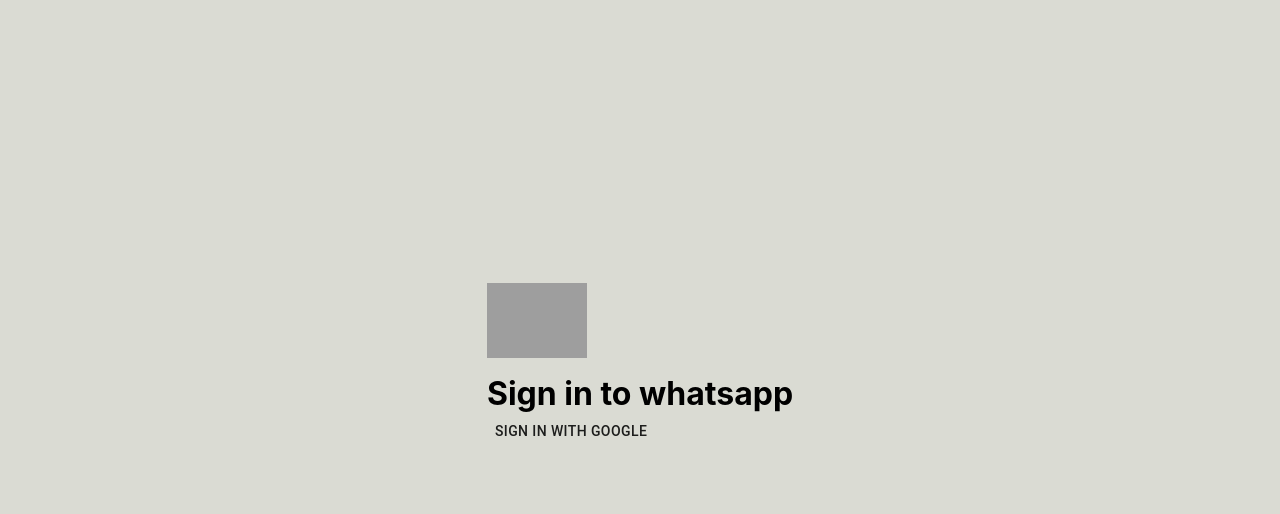
Repository: Prafullkuma/whatsappclon
Page: /
These files come from the project's save history. The page is drawn as it stood at one moment and after the next save; the edit follows.
The browser window is 1280 px wide. The pictures show the whole page.
Pictures or frames that could not be fetched are drawn as grey boxes. The project was rebuilt for these pictures with package versions that can differ from the ones it lists, and the page was loaded fresh each time. Also part of the build but not shown: src/Component/Sidebar.css, src/Component/Chat/sidebarChat.css, src/firebase.js, src/Component/Chat/SidebarChat.js, src/Component/Sidebar.js, src/Component/mainChat.css, src/Component/MainChat.js.

Above is the page before, as saved 2020-08-20 13:41:31.

### src/App.js
import React, { useState } from 'react';
import './App.css';
import Sidebar from './Component/Sidebar'
import Chat from './Component/MainChat'
import { BrowserRouter as Router, Switch, Route, useParams } from 'react-router-dom';
import Login from './Component/Auth/Login'
function App() {
  const [user, setUser] = useState('')
  return (
    <div className="app">
      {!user ? <Login /> :
        <div className="app__body">
          <Router>
            <Switch>
              <Sidebar />
              <Route path="/rooms/:roomid">
                <Chat />
              </Route>
              <Route path="/">
                <h1>Home Screen</h1>
              </Route>
            </Switch>

          </Router>

        </div>
      }

    </div>
  );
}

export default App;

### src/App.css
.app{
  background-color: #dadbd3;
  height: 100vh;
  display: grid;
  place-items: center;
}
.app__body{
  display: flex;
  height: 90vh;
  width: 90vw;
  background-color: #ededed;
  box-shadow: -1px 4px 20px -6px rgba(0, 0, 0, 0.3);
}

### src/Component/Auth/Login.js
import React from 'react'
import './login.css'
import { Button } from '@material-ui/core'
function Login() {
    const singIn = () => {
        console.log("Datata")
    }
    return (
        <div className="login">
            <div className="login_container">
                <img src="https://i.pinimg.com/originals/f7/5d/94/f75d94874d855a7fcfcc922d89ac5e80.png"
                    alt="Whats App" />
                <div className="Login_text">
                    <h1>Sign in to whatsapp</h1>
                </div>
                <Button type="submit" onClick={singIn}>
                    Sign in with Google
                </Button>
            </div>
        </div>
    )
}

export default Login

### src/Component/Auth/login.css
.login_container>img{
    height: 100px;
    width: 100px;

    object-fit: contain;
}

Loaded but not shown: public/index.html (common file); src/index.js (common file); src/index.css (common file)

After the next save:
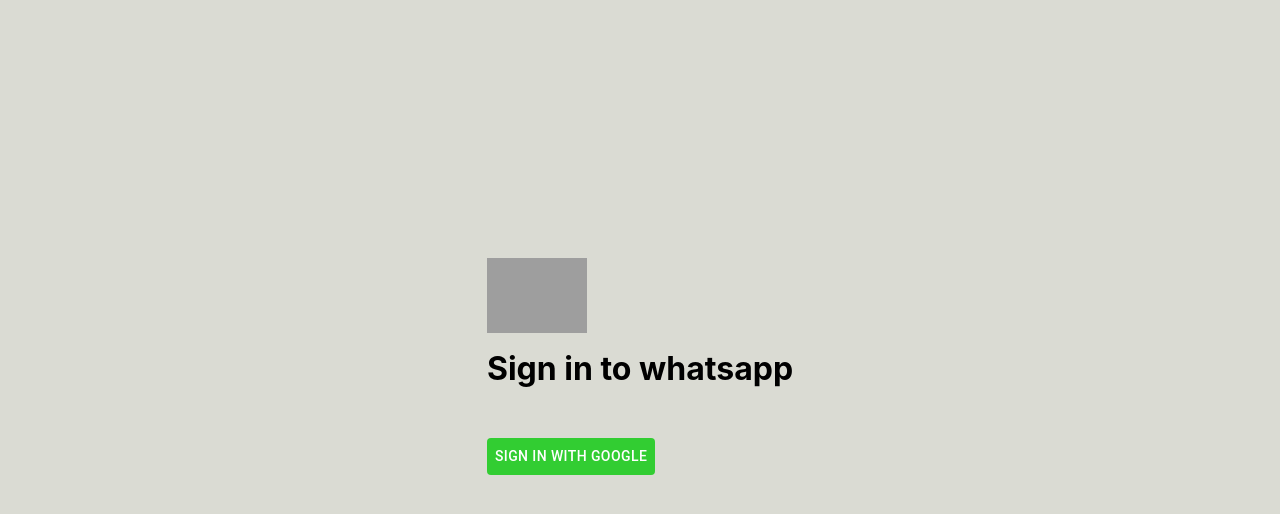
Saved 2 min 21 s later.
--- a/src/Component/Auth/login.css
+++ b/src/Component/Auth/login.css
@@ -4,3 +4,9 @@
 
     object-fit: contain;
 }
+.login_container>button{
+    margin-top: 50px;
+    background-color: limegreen;
+    color: white;
+
+}
